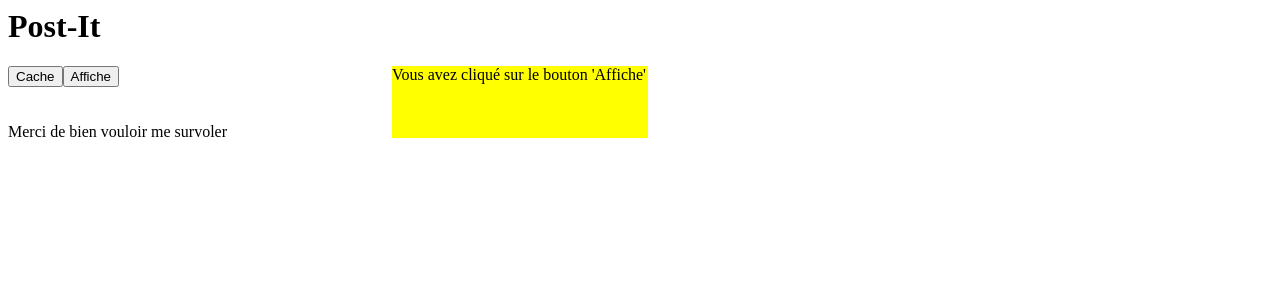
Repository: evalwebmeteofullstack/Gestion_meteo
Page: Notes/Cours + Exercices/Exercices/static/test/5em-code.html
The author's editor kept a copy of each file at every save. The page is drawn from the files as they stood at one save, then again after the next save.
The browser window is 1280 px wide. The pictures show the whole page.
After loading, the first visible `#butAf` was clicked once.

Above is the page before, as saved 2019-02-04 08:53:55.

After the next save:
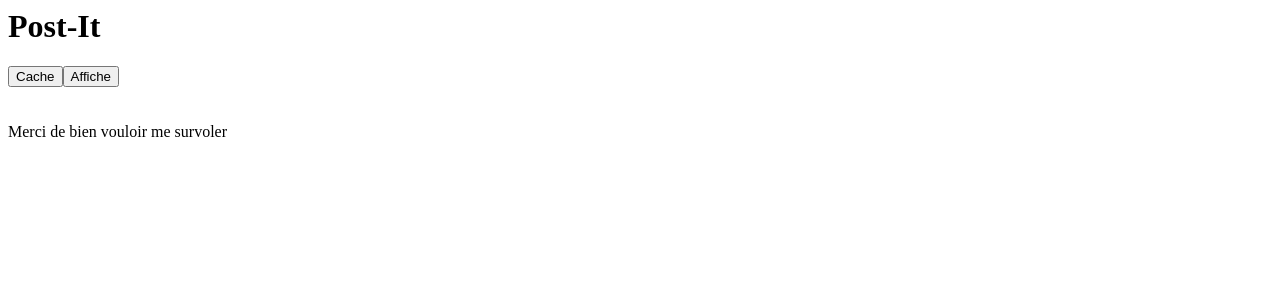
Saved 48 s later.
--- a/Notes/Cours + Exercices/Exercices/static/test/test5.js
+++ b/Notes/Cours + Exercices/Exercices/static/test/test5.js
@@ -1,5 +1,9 @@
 document.getElementById("butAf").onclick = function() {
-	afficheDiv()
+	cachDiv()
+};
+
+document.getElementById("butCach").onclick = function() {
+	affiche()
 };
 
 function afficheDiv() {
@@ -7,6 +11,6 @@ function afficheDiv() {
 	document.getElementById("postIt").innerHTML = "Vous avez cliqué sur le bouton 'Affiche'";
 }
 
-function afficheCach(){
+function cachDiv(){
 	document.getElementById("postIt").style.visibility = "hidden";
 }
